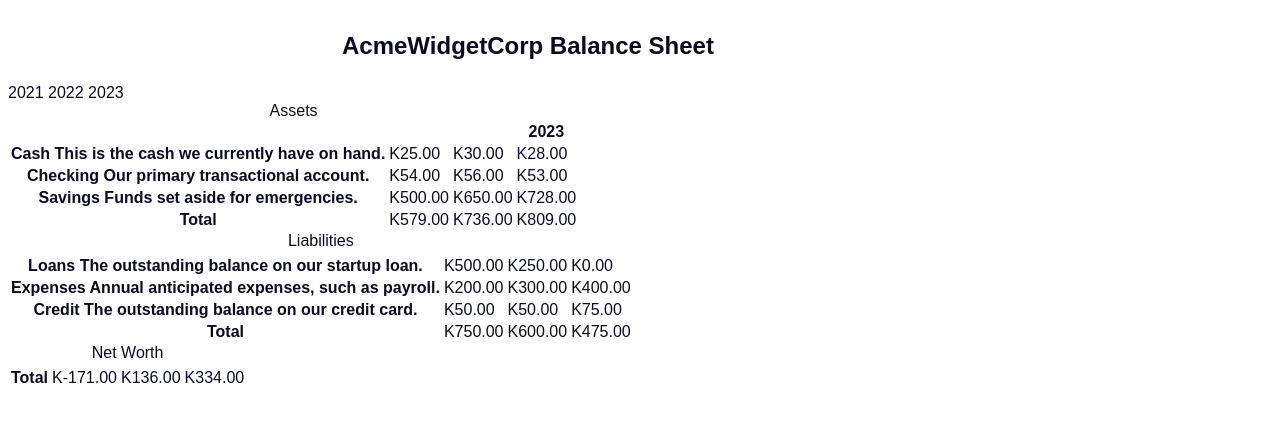
Repository: Lungdjos/balance_shee
Page: index.html
The author's editor kept a copy of each file at every save. The page is drawn from the files as they stood at one save, then again after a run of saves.
The browser window is 1280 px wide. The pictures show the whole page.

Above is the page before, as saved 2023-10-31 17:32:45.

### index.html
<!DOCTYPE html>
<html lang="en">

<head>
    <meta charset="UTF-8">
    <meta name="viewport" content="width=device-width, initial-scale=1.0">
    <title>Balance Sheet</title>
    <link rel="stylesheet" href="styles.css">
</head>

<body>
    <main>
        <section>
            <h1>
                <span class="flex">
                <span>AcmeWidgetCorp</span>
                <span>Balance Sheet</span>
                </span>
            </h1>
            <div id="years" aria-hidden="true">
                <span class="year">2021</span>
                <span class="year">2022</span>
                <span class="year">2023</span>
            </div>
            <div class="table-wrap">
                <table>
                    <caption>Assets</caption>
                    <thead>
                        <tr>
                            <td></td>
                            <th><span class="sr-only year">2021</span></th>
                            <th><span class="sr-only year">2022</span></th>
                            <th class="current"><span class="current">2023</span></th>
                        </tr>
                    </thead>
                    <tbody>
                        <tr class="data">
                            <th>
                                Cash <span class="description">This is the cash we currently have on hand.</span>
                            </th>
                            <td>K25.00</td>
                            <td>K30.00</td>
                            <td class="current">K28.00</td>
                        </tr>
                        <tr class="data">
                            <th>
                                Checking <span class="description">Our primary transactional account.</span>
                            </th>
                            <td>K54.00</td>
                            <td>K56.00</td>
                            <td class="current">K53.00</td>
                        </tr>
                        <tr class="data">
                            <th>
                                Savings <span class="description">Funds set aside for emergencies.</span>
                            </th>
                            <td>K500.00</td>
                            <td>K650.00</td>
                            <td class="current">K728.00</td>
                        </tr>
                        <tr class="total">
                            <th>
                                Total <span class="sr-only">Assets</span>
                            </th>
                            <td>K579.00</td>
                            <td>K736.00</td>
                            <td class="current">K809.00</td>
                        </tr>
                    </tbody>
                </table>
                <table>
                    <caption>Liabilities</caption>
                    <thead>
                        <tr>
                            <td></td>
                            <th><span class="sr-only">2021</span></th>
                            <th><span class="sr-only">2022</span></th>
                            <th><span class="sr-only">2023</span></th>
                        </tr>
                    </thead>
                    <tbody>
                        <tr class="data">
                            <th>
                                Loans <span class="description">The outstanding balance on our startup loan.</span>
                            </th>
                            <td>K500.00</td>
                            <td>K250.00</td>
                            <td class="current">K0.00</td>
                        </tr>
                        <tr class="data">
                            <th>
                                Expenses <span class="description">Annual anticipated expenses, such as payroll.</span>
                            </th>
                            <td>K200.00</td>
                            <td>K300.00</td>
                            <td class="current">K400.00</td>
                        </tr>
                        <tr class="data">
                            <th>
                                Credit <span class="description">The outstanding balance on our credit card.</span>
                            </th>
                            <td>K50.00</td>
                            <td>K50.00</td>
                            <td class="current">K75.00</td>
                        </tr>
                        <tr class="total">
                            <th>
                                Total <span class="sr-only">Liabilities</span>
                            </th>
                            <td>K750.00</td>
                            <td>K600.00</td>
                            <td class="current">K475.00</td>
                        </tr>
                    </tbody>
                </table>
                <table>
                    <caption>Net Worth</caption>
                    <thead>
                        <tr>
                            <td></td>
                            <th><span class="sr-only">2021</span></th>
                            <th><span class="sr-only">2022</span></th>
                            <th><span class="sr-only">2023</span></th>
                        </tr>
                    </thead>
                    <tbody>
                        <tr class="total">
                            <th>
                                Total <span class="sr-only">Net Worth</span>
                            </th>
                            <td>K-171.00</td>
                            <td>K136.00</td>
                            <td class="current">K334.00</td>
                        </tr>
                    </tbody>
                </table>
            </div>
        </section>
    </main>
</body>

</html>

</html>

</html>

### styles.css
/* general styling */

html {
    box-sizing: border-box;
}

body {
    font-family: sans-serif;
    color: #0a0a23;
}

span[class~="sr-only"] {
    border: 0;
    clip: rect(1px, 1px, 1px, 1px);
    clip-path: inset(50%);
    width: 1px;
    height: 1px;
    overflow: hidden;
    white-space: nowrap;
    position: absolute;
    padding: 0;
    margin: 1px;
}


/* table styling */

h1 {
    max-width: 37.25rem;
    margin: 0 auto;
    padding: 1.5rem 1.25rem;
}

h1 .flex {}

After the next 2 saves:
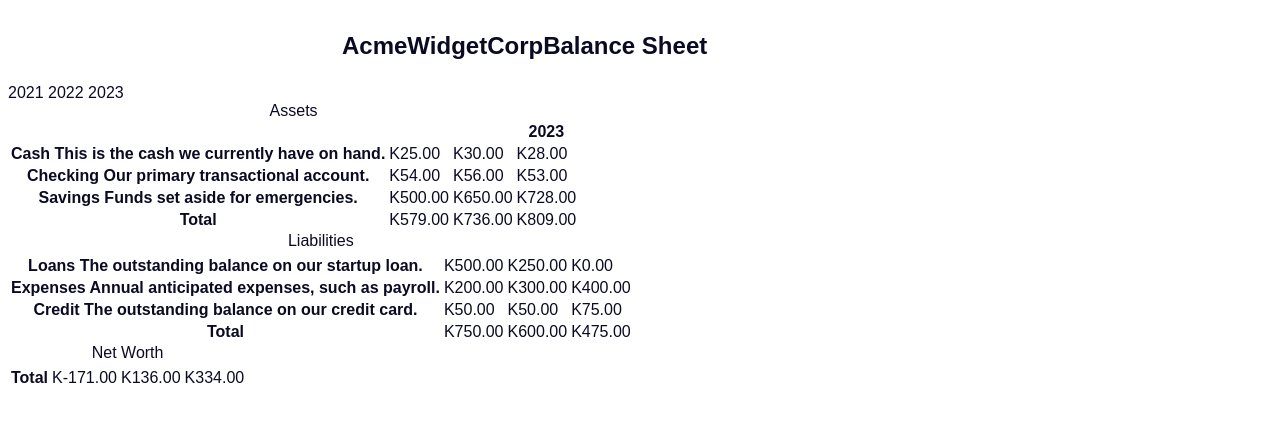
The 2 saves are shown as one change because they came seconds apart.
The last was saved 85 s later.
--- a/styles.css
+++ b/styles.css
@@ -31,4 +31,6 @@ h1 {
     padding: 1.5rem 1.25rem;
 }
 
-h1 .flex {}
+h1 .flex {
+    display: flex;
+}
